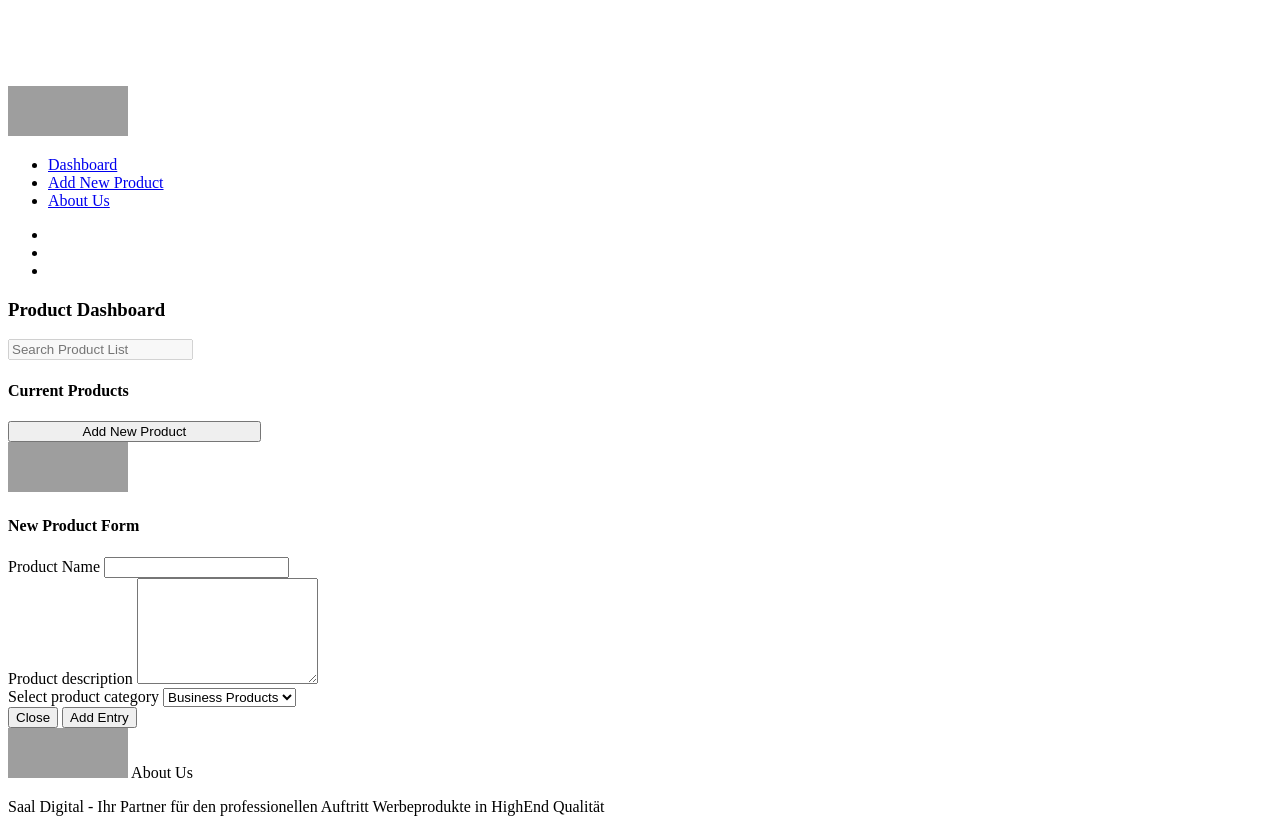
Repository: MENGSRUN/crud-html
Page: Tests/index.html
An editor plug-in stored every save of this project. The page is shown before and after the next save, followed by the edit.
The browser window is 1280 px wide. The pictures show the whole page.
Pictures or frames that could not be fetched are drawn as grey boxes. Some web libraries are served in a nearby version.

Above is the page before, as saved 2023-05-11 16:53:18.

After the next save:
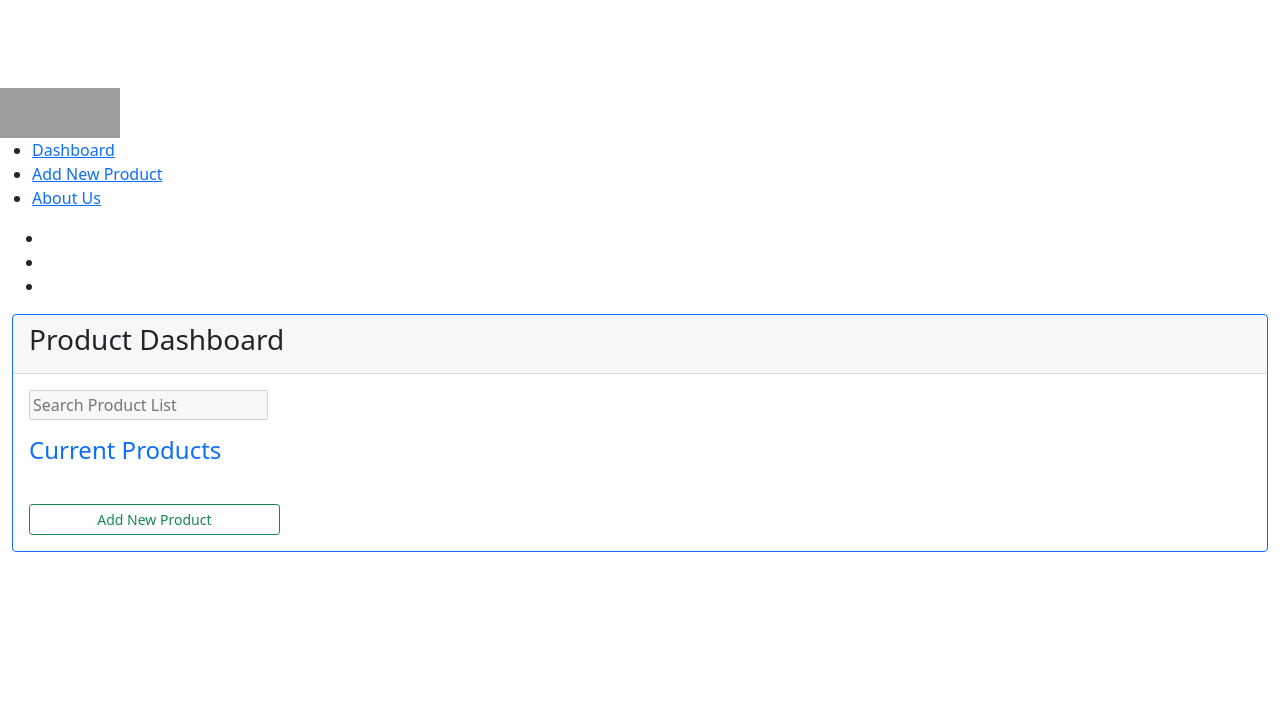
Saved 91 s later.
--- a/Tests/index.html
+++ b/Tests/index.html
@@ -4,6 +4,7 @@
 <head>
     <meta charset="UTF-8">
     <meta http-equiv="X-UA-Compatible" content="IE=edge">
+    <link href="https://cdn.jsdelivr.net/npm/bootstrap@5.0.2/dist/css/bootstrap.min.css" rel="stylesheet" integrity="sha384-EVSTQN3/azprG1Anm3QDgpJLIm9Nao0Yz1ztcQTwFspd3yD65VohhpuuCOmLASjC" crossorigin="anonymous">
     <meta name="viewport" content="width=device-width, initial-scale=1.0">
     <title>Document</title>
     <link rel="stylesheet" href="style.css">
